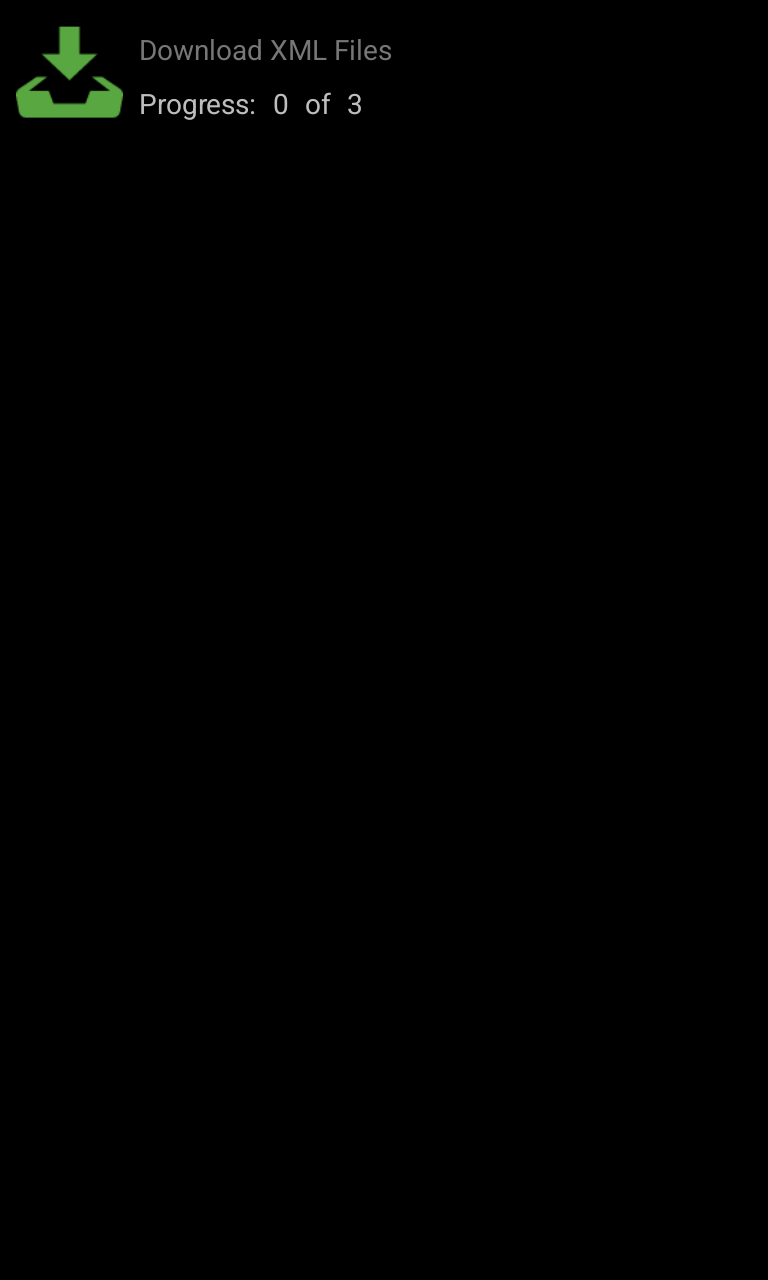
Repository: easyCZ/UoE-Projects
Layout: UG3-SELP/res/layout/download_and_parse.xml
The author's editor kept a copy of each file at every save. The layout is drawn from the files as they stood at one save, then again after the next save.
It is drawn on a 768 x 1280 px phone screen (xhdpi) without system bars, with theme android:Theme.Black.NoTitleBar; the app's code is not run.

Above is the layout before, as saved 2013-12-06 15:19:05.

After the next save:
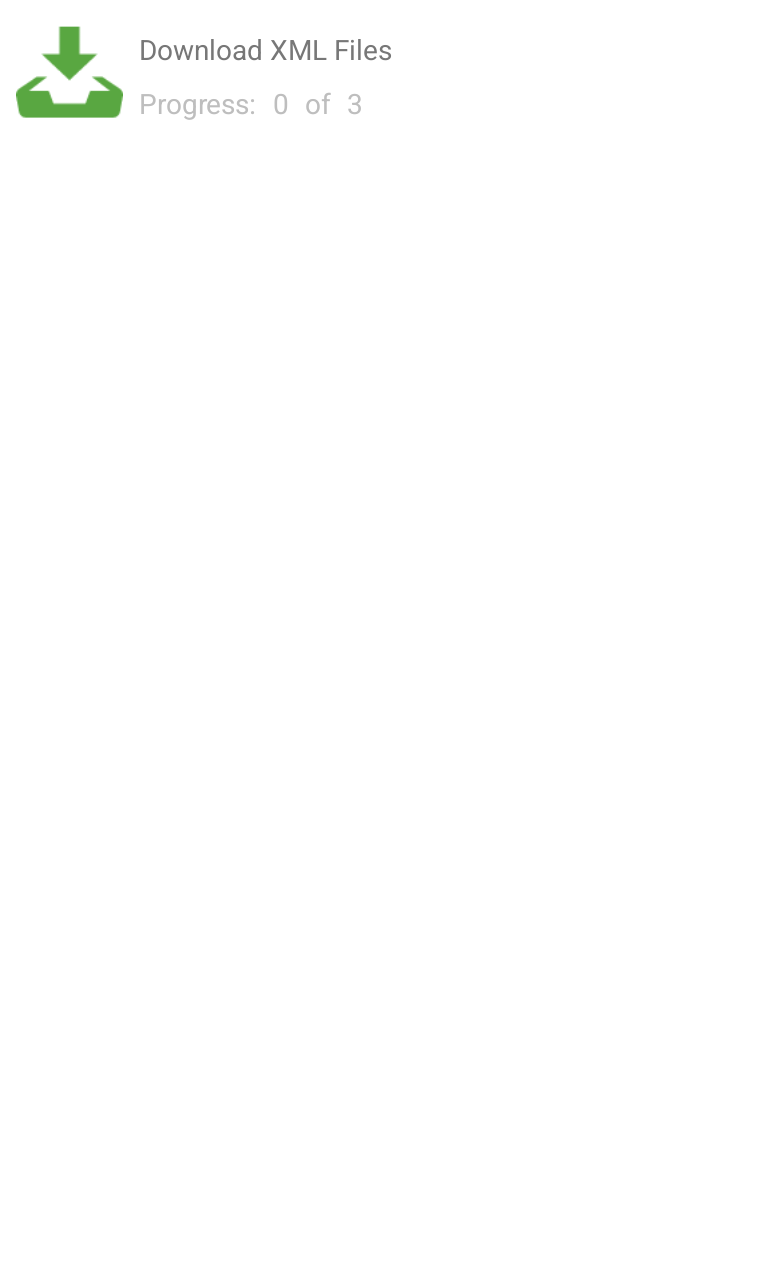
Saved 18 s later.
--- a/UG3-SELP/res/layout/download_and_parse.xml
+++ b/UG3-SELP/res/layout/download_and_parse.xml
@@ -1,7 +1,8 @@
 <?xml version="1.0" encoding="utf-8"?>
 <RelativeLayout xmlns:android="http://schemas.android.com/apk/res/android"
     android:layout_width="match_parent"
-    android:layout_height="match_parent" >
+    android:layout_height="match_parent"
+    android:background="#ffffff" >
 
     <ImageView
         android:id="@+id/imageView1"

After the save that followed:
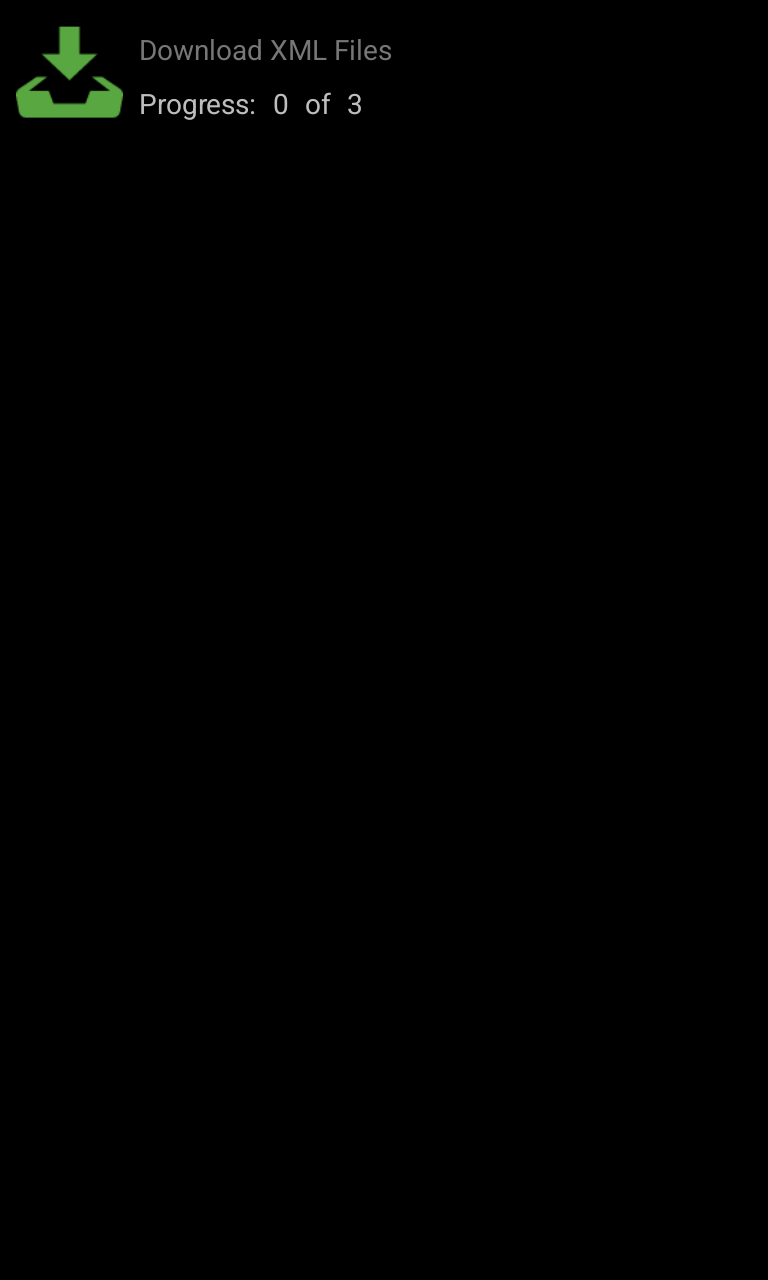
Saved 2 min 35 s later.
--- a/UG3-SELP/res/layout/download_and_parse.xml
+++ b/UG3-SELP/res/layout/download_and_parse.xml
@@ -2,7 +2,7 @@
 <RelativeLayout xmlns:android="http://schemas.android.com/apk/res/android"
     android:layout_width="match_parent"
     android:layout_height="match_parent"
-    android:background="#ffffff" >
+    android:background="" >
 
     <ImageView
         android:id="@+id/imageView1"
